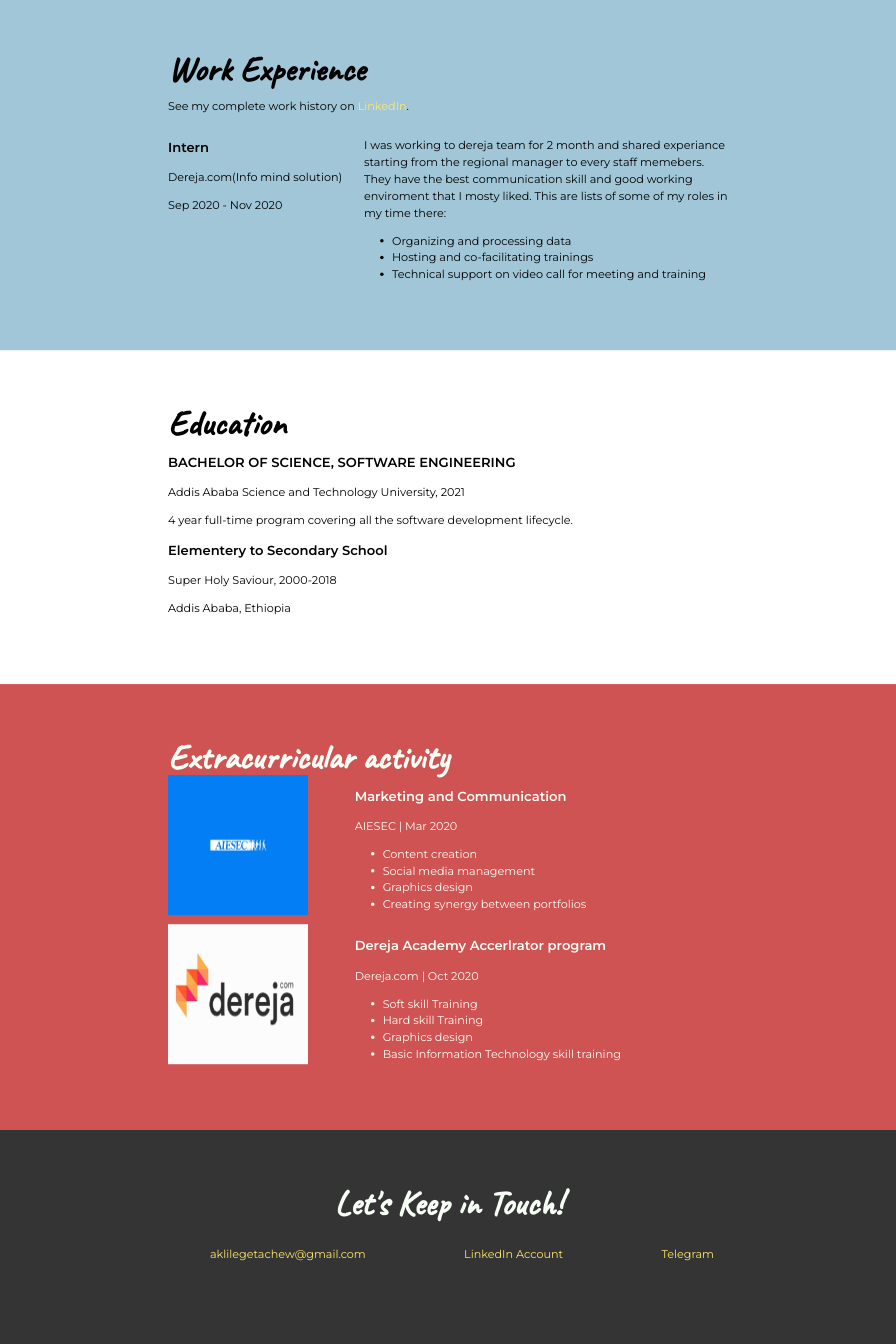
Repository: Aklilegetachew/my-Portfolio
Page: index.html
The author's editor kept a copy of each file at every save. The page is drawn from the files as they stood at one save, then again after the next save.
The browser window is 1280 px wide. The pictures show the part of the page from y = 1416 to 3336 px (the page is 3336 px tall before and 3329 px after), at 70% of full size.

Above is the page before, as saved 2021-11-24 09:49:01.

### index.html
<!DOCTYPE html>
<html lang="en">
  <head>
    <meta charset="UTF-8">
    <meta name="viewport" content="width=device-width, initial-scale=1.0">
    <title>Aklile Getachew, Software Engineer</title>
     <link href="https://fonts.googleapis.com/css?family=Caveat|Montserrat:400,600&display=swap" rel="stylesheet">
    <link rel="stylesheet" href="css/styles.css">
  </head>
  <body>
    <main>
      <!-- ***********************  ABOUT / PROFILE  *********************** -->
      <header>
        <div class="content-wrap">
          <h1>Aklile Getachew</h1>
          <h2>Software Developer + Graphics Designer</h2>

          <p>Motivated software engineering graduate and technology enthusiast seeking
            to pursue an opportunity with a growing organization that will utilize and
            enhance my knowledge in software development or Information Technology.</p>
          <p>I’m also exploring more creative pursuits on Graphic designing </p>
        </div>
      </header>

      <!-- ********************  PROJECTS / PORTFOLIO  ********************* -->
      <section class="projects">
        <div class="content-wrap divider">
          <h2>Featured Projects</h2>
          <p>View selected projects below. More information can be found at <a href="http://christinatruong.com">my gitlab account. </a>.</p>

          <!-- Project 1 -->
          <section class="project-item">
              <img src="images/brana-home.jpg" alt="brana-home-page">
              <!-- <div class="image-stack-front"><img src="images/brana-play.jpg" alt="brana-play-page">
            </div> -->
            <h3>Brana Mobile application</h3>
            <p>Brana Audiobook Purchasing Application will provide audio books in different local languages
              for different target groups. Our application will provide book for students, readers, scientist,
              engineers, and researchers. This audio books will be from different category and with different
              genre to address most of the social groups.</p>
            <a class="btn" href="https://gitlab.com/bisrathailu793/brana/-/tree/master" target="_blank">See on Gitlab </a>
          </section>

          <!-- Project 2
          <section class="project-item">
            <img src="images/project-women-tech.jpg" alt="website thumbnail">
            <h3>Women&&Tech</h3>
            <p>Women&&Tech was launched in 2012 to feature interviews with different women working in the tech industry. I became familiar with them when I was invited to be one of the interviewees! A few years later, I joined the team and helped with the relaunch of the site as the front-end architect.</p>
            <a class="btn" href="http://christinatruong.com/projects/women-and-tech-redesign.html" target="_blank">View the case study</a>
          </section>

           Project 3
          <section class="project-item">
            <img src="images/project-wire-ipsum.jpg" alt="website thumbnail">
            <h3>The Wire Ipsum</h3>
            <p>After coming back from teaching a JavaScript workshop, I felt inspired to create something just for fun. I realized that of all the content/lorem ipsum generators available, there was nothing for HBO’s The Wire fans. I searched for <a href="http://thewireipsum.com" target="_blank">thewireipsum.com</a> domain and it was available! Generate some content for your projects today.</p>
            <a class="btn" href="http://thewireipsum.com" target="_blank">View live site</a>
          </section>-->
        </div>
      </section>

      <!-- ***********************  WORK EXPERIENCE  *********************** -->
      <section class="work-experience">
        <div class="content-wrap divider">
          <h2>Work Experience</h2>
          <p>See my complete work history on <a href="https://www.linkedin.com/in/aklile-getachew-673050181/">LinkedIn</a>.</p>

          <!-- Job 1 -->
          <section class="job-item">
            <div class="job-details">
              <h3>Intern</h3>
              <p>Dereja.com(Info mind solution) </p>
              <p>Sep 2020 - Nov 2020</p>
            </div>
            <div class="job-summary">
              <p>I was working to dereja team for 2 month and  shared experiance starting from the regional manager to every staff memebers. They have the best communication skill and good working enviroment that I mosty liked. This are lists of some of my roles in my time there:</p>
              <ul>
                <li>Organizing and processing data</li>
                <li>Hosting and co-facilitating trainings</li>
                <li>Technical support on video call for meeting and training</li>
              </ul>
            </div>
          </section>
        </div>
      </section>

      <!-- ******************  EDUCATION & CERTIFICATIONS ****************** -->
      <section class="education item-details">
        <div class="content-wrap">
          <h2>Education</h2>

          <section>
            <h3>BACHELOR OF SCIENCE, SOFTWARE ENGINEERING</h3>
            <p>Addis Ababa Science and Technology University, 2021</p>
            <p>4 year full-time program covering all the software development lifecycle.</p>
          </section>

          <section>
            <h3>Elementery to Secondary School</h3>
            <p>Super Holy Saviour, 2000-2018</p>
            <p>Addis Ababa, Ethiopia </p>
          </section>
        </div>
      </section>

      <!-- ******************  E X T R A C U R R I C U L A R A C T I V I T Y ****************** -->
      <section class="extracurricular">
        <div class="content-wrap">
          <h2>Extracurricular activity</h2>

          <section class="activity-item">
            <div class="logo-one"><img src="images/AIESEC-logo.jpg" alt="Aiesec"></div>
            <div class="description">
              <h3>Marketing and Communication</h3>
            <p>AIESEC | Mar 2020
              <ul>
                <li>Content creation</li>
                <li>Social media management</li>
                <li>Graphics design</li>
                <li>Creating synergy between portfolios</li>
              </ul>
            </p>
            </div>


            <div class="logo-two"><img src="images/dereja.jpeg" alt="dereja"></div>
            <div class="descrption-two">
              <h3>Dereja Academy Accerlrator program</h3>
            <p>Dereja.com | Oct 2020
              <ul>
                <li>Soft skill Training</li>
                <li>Hard skill Training</li>
                <li>Graphics design</li>
                <li>Basic Information Technology skill training</li>
              </ul>
            </p>
            </div>

          </section>
        </div>
      </section>

      <!-- *****************  CONTACT INFO / SOCIAL MEDIA  ***************** -->
      <footer>
        <div class="content-wrap">
          <h2>Let's Keep in Touch!</h2>

          <!-- Social media and contact links. Add or remove any networks. -->
          <ul class="contact-list">
            <li><a href="aklilegetachew@gmail.com">aklilegetachew@gmail.com</a></li>
            <li><a href="https://www.linkedin.com/in/aklile-getachew-673050181/" target="_blank">LinkedIn Account</a></li>
            <li><a href="https://t.me/AKG47" target="_blank">Telegram</a></li>
          </ul>
        </div>
      </footer>
    </main>
  </body>
</html>

### css/styles.css
/*
COLOR PALETTE
https://coolors.co/f7fff7-343434-2f3061-ffe66d-a1c6d7
#F7FFF7 - almost white
#343434 - dark gray - almost black
#2F3061 - blue dark
#FFE66D - yellow
#A1C6D7 - blue light
#D05353 - indian red
*/

/* global
======================================================*/
img{
    width: 300px;
    height: 640px;
}
a{
    color: #FFE66D ;
    text-decoration: none;
}
body{
    margin: 0;
    padding: 0;
    font-family: 'Montserrat', sans-serif;
    line-height: 1.5em;
}
h1{
    font-size: 90px;
    margin: 0;

}
h2{
    margin: 0;
    font-size: 50px;
}
h1, h2 {
    font-family: 'Caveat', cursive;
    line-height: 1em;
}
.content-wrap{
    width: 800px;
    margin: 0 auto;
    padding: 80px 0;
}

/* Heading
======================================================*/
header{
    background-color: #2F3061 ;
    color: #F7FFF7;
    text-align: center;
}



/* projects
======================================================*/

.projects{
    background-color: #F7FFF7 ;

}

.project-item{
    clear: both;
    margin-top: 60px;
    display: inline-block;
}
.project-item h3{
    margin-top: 0;
}

.project-item img{
    float: left;
    margin-right: 20px;
    width: 300px;
    height: 640px;
}

.image-stack-back{
    position: relative;

    z-index: 100;
}

.image-stack-front{
    position: static;
    bottom: 20px;
    left: 20px;
    z-index: 200;
}


.projects a{
    color: #343434 ;

}
.projects .btn{
    color: #F7FFF7;
    background-color: #2F3061;
    text-decoration: none;
    padding: 8px;
    border-radius: 4px;
    display: inline-block;
}

/* Work experiance
=======================================================*/
.work-experience{
    background-color: #A1C6D7;

}
.job-item{
    display: grid;
    grid-template-columns: 1fr 2fr;
    column-gap: 20px;
}


/* extracurricular
=======================================================*/
.extracurricular{
    background-color: #D05353;
    color: #F7FFF7;

}
.extracurricular img{
    width: 200px;
    height: 200px;
}
.activity-item{
    display: grid;
    grid-template-columns: 1fr 2fr;
}

/* footer
=======================================================*/
footer{
    background-color: #343434 ;
    color: #F7FFF7;
    text-align: center;
}

.contact-list{
    display: flex;
    list-style-type: none;
    justify-content: space-between;
}
.contact-list a {
    display: inline-block;
    padding: 20px;
}

After the next save:
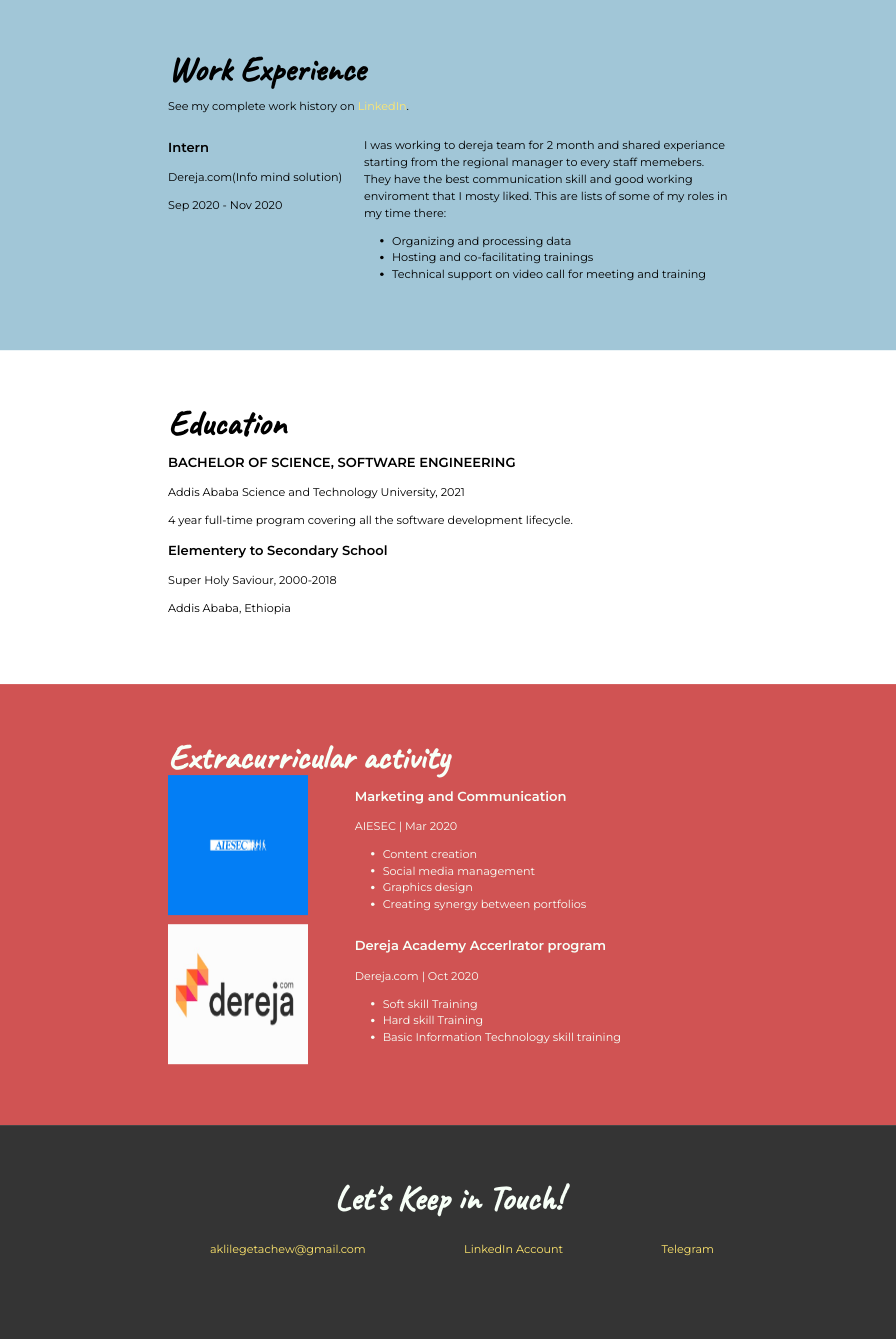
Saved 56 s later.
--- a/index.html
+++ b/index.html
@@ -130,7 +130,6 @@
               <ul>
                 <li>Soft skill Training</li>
                 <li>Hard skill Training</li>
-                <li>Graphics design</li>
                 <li>Basic Information Technology skill training</li>
               </ul>
             </p>
